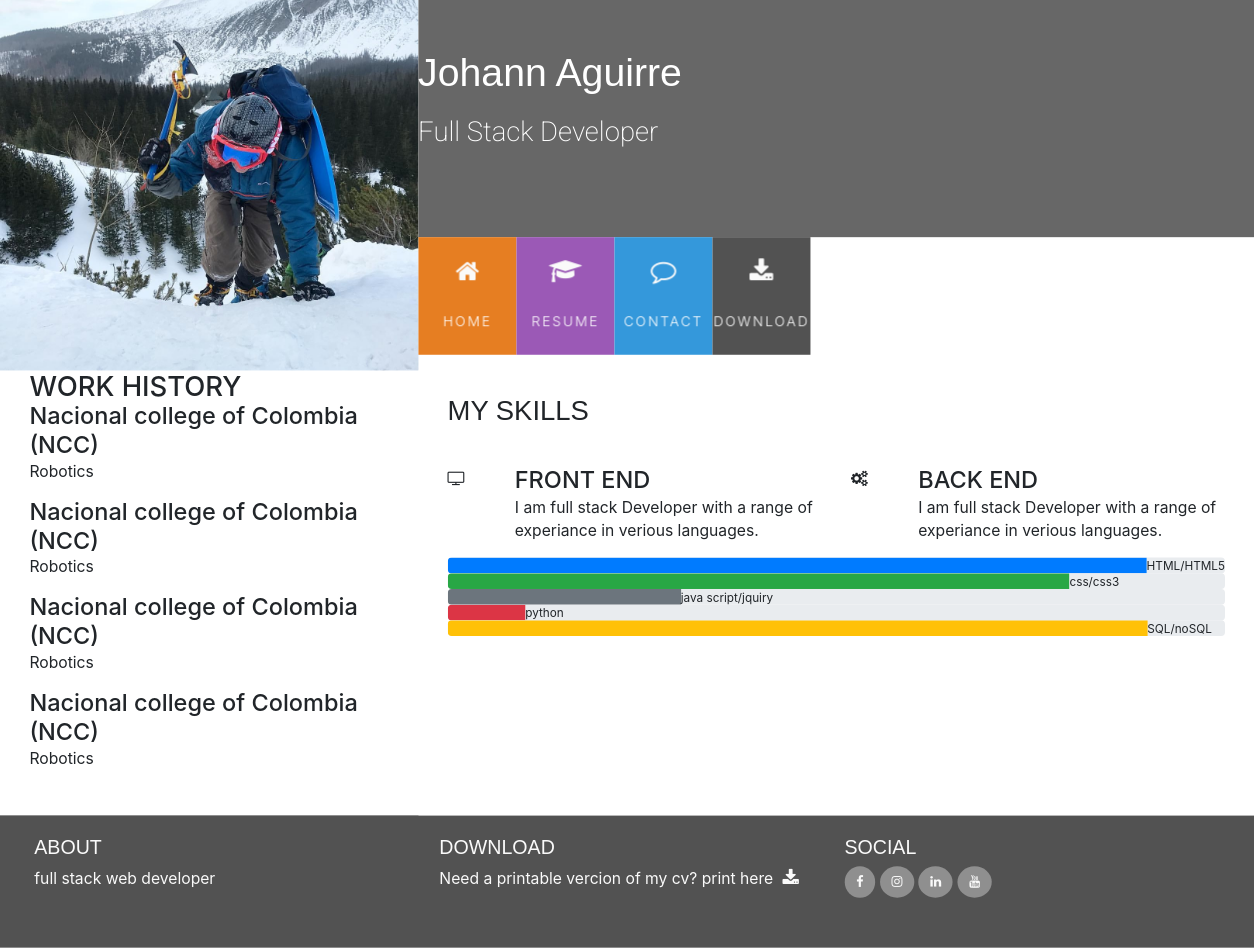
Repository: cachimiro/cv
Page: resume.html
The author's editor kept a record of every edit. The page is drawn from the files as they stood at one moment, then again after the next edit.
The browser window is 1280 px wide. The pictures show the whole page, at 98% of full size.
Some web fonts or font styles are not loaded; a fallback is used. Some web libraries are served in a nearby version.

Above is the page before.

After the next edit:
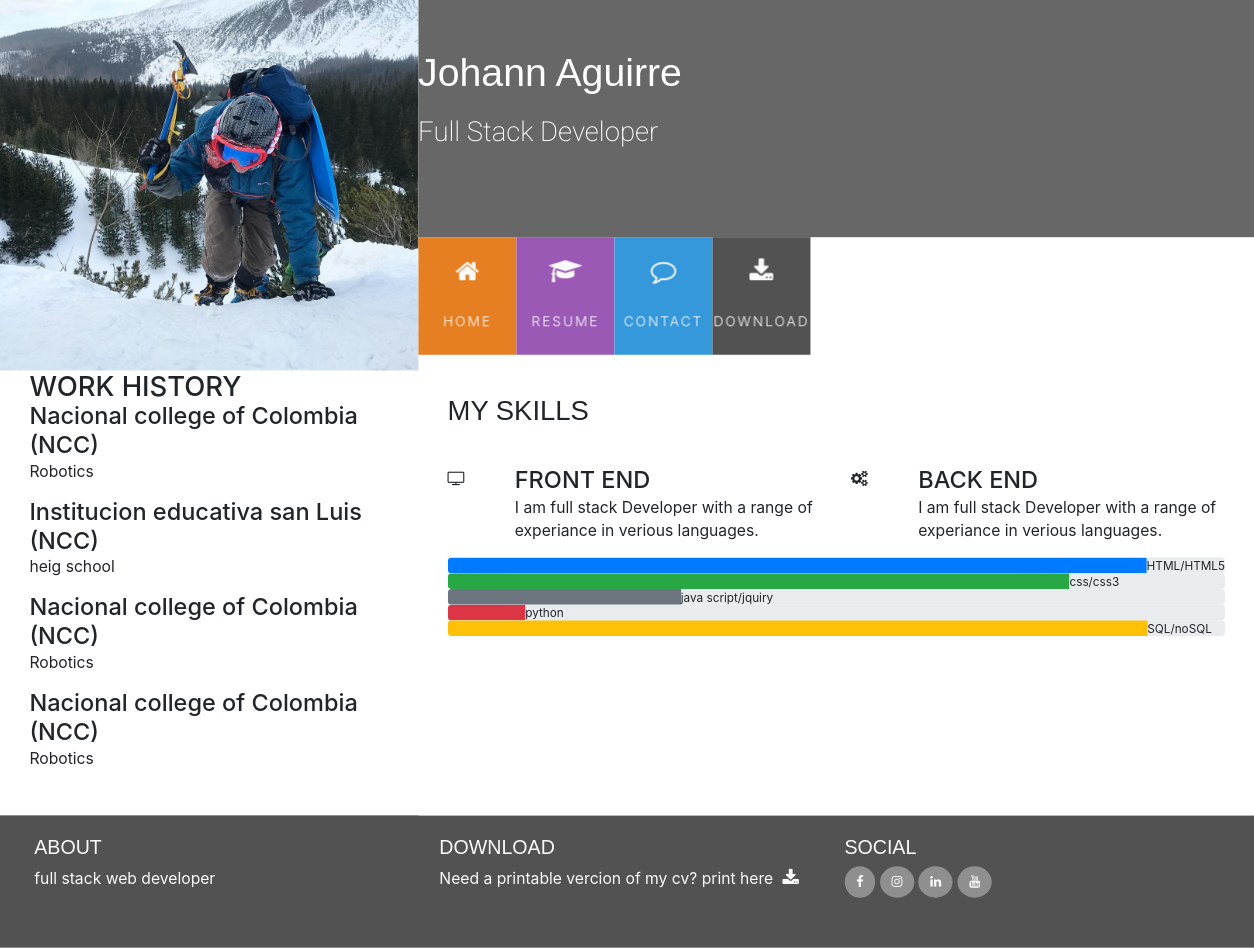
The edit:
--- a/resume.html
+++ b/resume.html
@@ -63,8 +63,8 @@
                     <p>Robotics</p>
                 </div>
                 <div class="timeline-item" data-dates="08/2004-04/2008">
-                    <h4>Nacional college of Colombia (NCC)</h4>
-                    <p>Robotics</p>
+                    <h4>Institucion educativa san Luis (NCC)</h4>
+                    <p>heig school</p>
                 </div>
                 <div class="timeline-item" data-dates="04/2008-04/2009">
                     <h4>Nacional college of Colombia (NCC)</h4>
